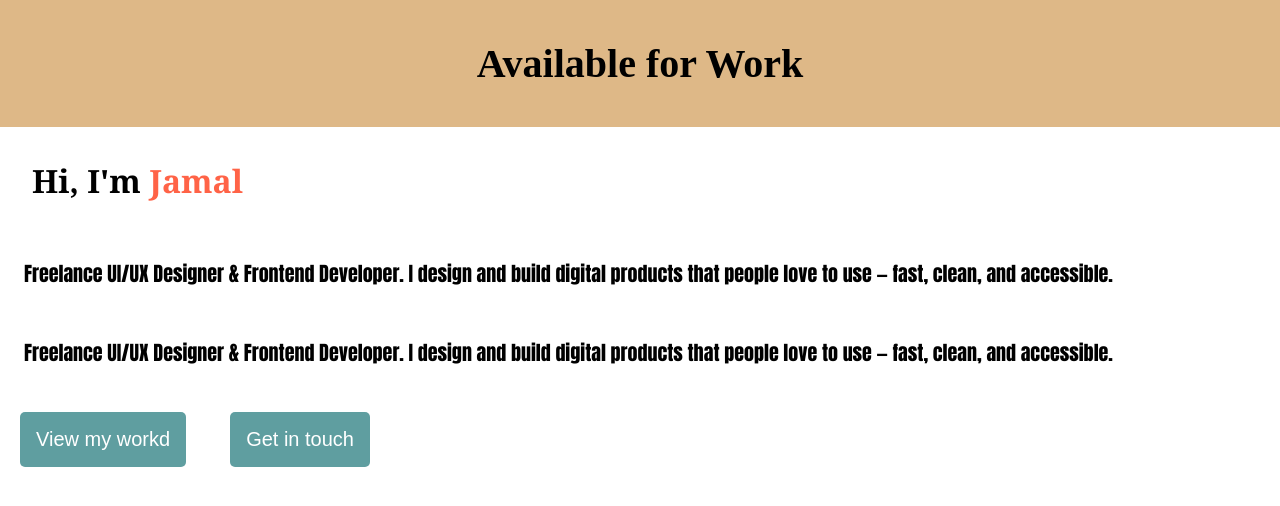
Repository: jamalissef-glitch/exercise1-JS
Page: Exercise33/index.html
The author's editor kept a copy of each file at every save. The page is drawn from the files as they stood at one save, then again after the next save.
The browser window is 1280 px wide. The pictures show the whole page.

Above is the page before, as saved 2026-07-14 17:56:05.

### Exercise33/index.html
<!DOCTYPE html>
<html lang="en">

<head>
 <meta charset="UTF-8">
 <meta name="viewport" content="width=device-width, initial-scale=1.0">
 <title>DOM</title>
</head>

<style>
 * {
  padding: 0;
  margin: 0;
  box-sizing: border-box;
 }

 h3 {
  background-color: burlywood;
  padding: 2.5rem;
  text-align: center;
  font-size: 2.5rem;
  font-weight: bold;
 }

 #head {
  padding: 2rem;
  font-family: Georgia, 'Times New Roman', Times, serif;
  font-size: 2rem;
 }

 #head em {
  color: tomato;
  font-style: normal;
  font-weight: bold;
 }

 .desc {
  padding: 1.5rem;
  align-items: center;
  font-size: 20px;
  font-family: Impact, Haettenschweiler, 'Arial Narrow Bold', sans-serif;
 }

 button {

  padding: 1rem;
  margin: 1.25rem;
  background-color: cadetblue;
  border: none;
  border-radius: 5px;
  color: #fff;
  font-size: 20px;
 }
</style>

<body>


 <h3>Available for Work</h3>
 <h1 id="head">Hi, I'm <em>Jamal</em></h1>
 <p class="desc">Freelance UI/UX Designer & Frontend Developer. I design and build digital products that people love to
  use — fast,
  clean, and accessible.</p>
 <p class="desc">Freelance UI/UX Designer & Frontend Developer. I design and build digital products that people love to
  use — fast,
  clean, and accessible.</p>

 <button>View my workd</button>
 <button>Get in touch</button>

 <script>
  // const head = document.querySelector("#head");
  // console.log(head);

  const desc = document.querySelectorAll(".desc")
  console.log(desc);

 </script>


</body>

</html>

After the next save:
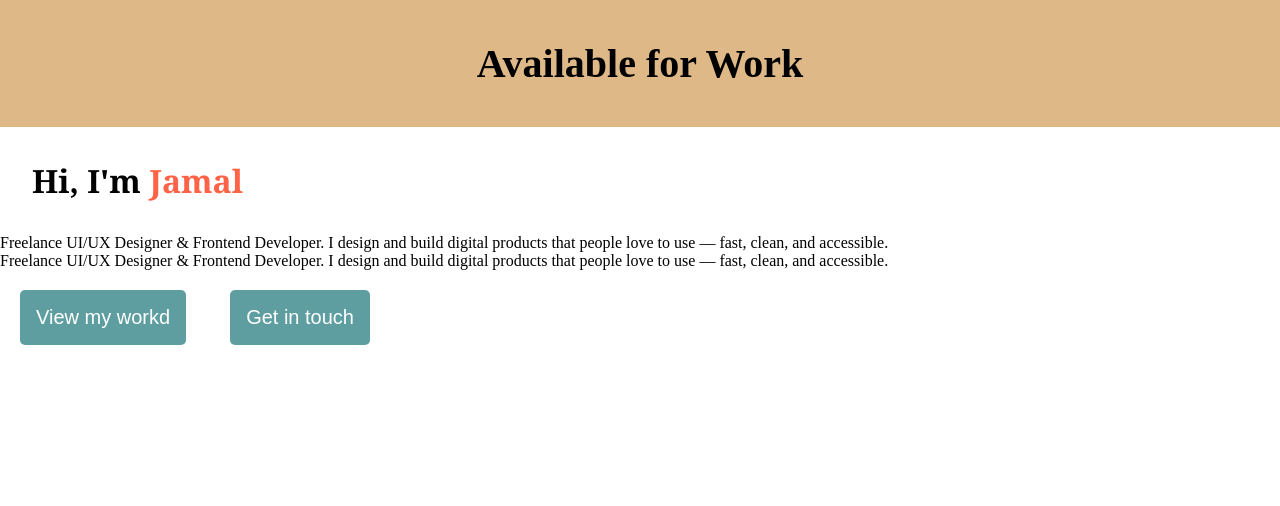
Saved 55 s later.
--- a/Exercise33/index.html
+++ b/Exercise33/index.html
@@ -58,10 +58,10 @@
 
  <h3>Available for Work</h3>
  <h1 id="head">Hi, I'm <em>Jamal</em></h1>
- <p class="desc">Freelance UI/UX Designer & Frontend Developer. I design and build digital products that people love to
+ <p class="text">Freelance UI/UX Designer & Frontend Developer. I design and build digital products that people love to
   use — fast,
   clean, and accessible.</p>
- <p class="desc">Freelance UI/UX Designer & Frontend Developer. I design and build digital products that people love to
+ <p class="text">Freelance UI/UX Designer & Frontend Developer. I design and build digital products that people love to
   use — fast,
   clean, and accessible.</p>
 
@@ -73,7 +73,7 @@
   // console.log(head);
 
   const desc = document.querySelectorAll(".desc")
-  console.log(desc);
+  console.log();
 
  </script>
 
